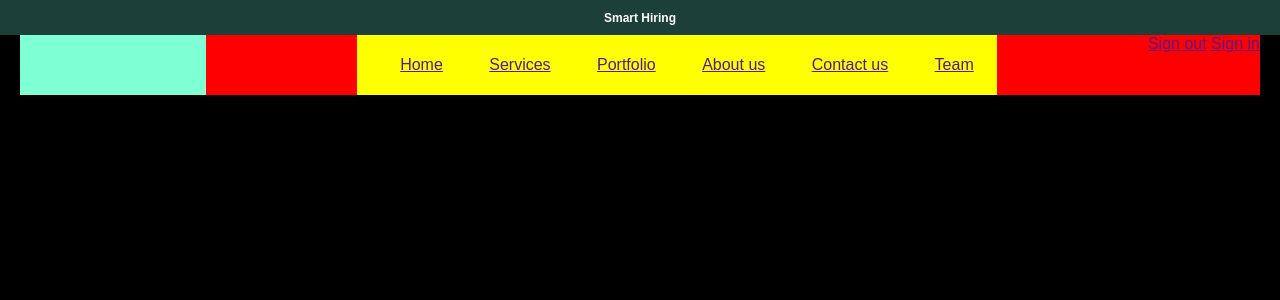
Repository: arijkl/Projet-PFA
Page: HomePage.html
An editor plug-in stored every save of this project. The page is shown before and after the next save, followed by the edit.
The browser window is 1280 px wide. The pictures show the whole page.

Above is the page before, as saved 2024-04-21 17:37:21.

### HomePage.html
<!DOCTYPE html>
<html lang="en">
<head>
    <meta charset="UTF-8">
    <meta name="viewport" content="width=device-width, initial-scale=1.0">
    <title>Document</title>
    <link rel="stylesheet" href="HomePage.css">
</head>
<body>
    <nav class="beforeNav">
        <span>Smart Hiring</span>
    </nav>
  <nav class="navBar">
    <span class="Mainlogo"><img src="" alt=""></span>
    <ul>
        <li><a href="">Home</a></li>
        <li><a href="">Services</a></li>
        <li><a href="">Portfolio</a></li>
        <li><a href="">About us</a></li>
        <li><a href="">Contact us</a></li>
        <li><a href="">Team</a></li>

   </ul>
   <span>
    <a href="">Sign out</a>
    <a href="">Sign in</a>
   </span>
</nav>
</body>
</html>

### HomePage.css
*{
    margin:0px;
    padding:0px;
}
@font-face {
    font-family: 'Montserrat';
    src: url('https://fonts.googleapis.com/css2?family=Montserrat&display=swap');
    /* You can also host the font files locally and provide the path accordingly */
  }

  body{
    font-family: 'Montserrat', sans-serif;
    background:white;
    color:#1C3F3A;
    background-color: black;

  }
  .beforeNav{
    background-color:#1C3F3A;
    height: 35px;
    color:white;
    display: flex;
    justify-content: space-around;
    align-items: center;
    font-weight: 700;
    font-size: 12px;

  }
  .Mainlogo{
    height:100%;
    width:15%;
    background-color:aquamarine;
  }
  .navBar{
    background-color:red;
    height:60px;
    display:flex;
    justify-content: space-between;
    margin-left: 20px;
    margin-right: 20px;

  }
  .navBar ul{
    background-color:yellow;
    display: flex;
    width:50%;
    justify-content: space-around;
    align-items: center;
    list-style: none;
    padding-left:20px;

  }
  .navBar ul li{

  }

After the next save:
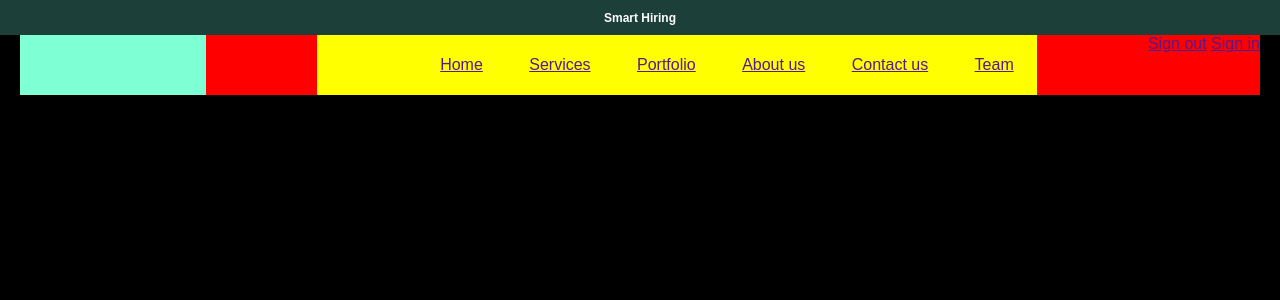
Saved 9 s later.
--- a/HomePage.css
+++ b/HomePage.css
@@ -47,7 +47,7 @@
     justify-content: space-around;
     align-items: center;
     list-style: none;
-    padding-left:20px;
+    padding-left:100px;
 
   }
   .navBar ul li{
